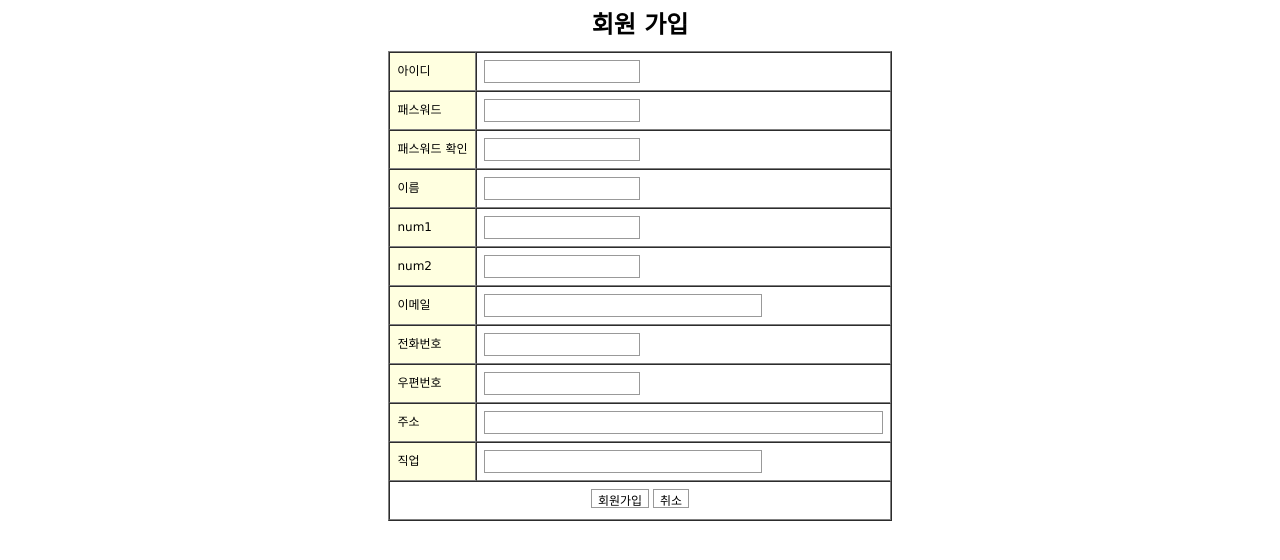
Repository: leekyengho/zodiac
Page: http://localhost/jsphomepage/homepage/member.jsp
The author's editor kept a copy of each file at every save. The page is drawn from the files as they stood at one save, then again after the next save.
The browser window is 1280 px wide. The pictures show the whole page.
The page is served by Tomcat 9. Other server files are loaded and not shown.

Above is the page before, as saved 2016-11-26 19:09:51.

### jsphomepage/WebContent/homepage/member.jsp
<%@ page language="java" contentType="text/html; charset=EUC-KR"
    pageEncoding="EUC-KR"%>
<!DOCTYPE html PUBLIC "-//W3C//DTD HTML 4.01 Transitional//EN" "http://www.w3.org/TR/html4/loose.dtd">
<html>
<head>
<meta http-equiv="Content-Type" content="text/html; charset=EUC-KR">
<title>Insert title here</title>
</head>
<body>
<div align=center>
<h1>회원 가입</h1>
<link href="style.css" rel="stylesheet" type="text/css">
<script type="text/javascript" src="script.js"></script>
<script type="text/javascript">
	function idCheck(id) {
		frm = document.regFrm;
		if(id=="") {
			alert("아이디를 입력하세요.");
			frm.id.focus();
			return;
		}
		url = "idCheck.jsp?id=" + id;
		window.open(url, "IDCheck", "width=300, heigth=150");
	}

	function zipCheck() {
		url = "zipCheck.jsp?check=y";
		window.open(url, "ZipCodeSearch", "width=500, height=300, scrollbars=yes");
	}
</script>
	<form name=memberFrm  method="post" action="memberProc.jsp">
		<table border=1 cellpadding=7 cellspacing=0 >
			<tr>
				<td bgcolor=lightyellow>아이디 </td>
    			<td align=left><input type="text" name="id"  maxlength=20></td>
    		</tr>
			<tr>
				<td bgcolor=lightyellow>패스워드 </td>
    			<td align=left><input type="password" name="passwd"  maxlength=20></td>
    		</tr>
			<tr>
				<td bgcolor=lightyellow>패스워드 확인 </td>
  			    <td align=left><input type="password" name="repasswd"  maxlength=20></td>
  			</tr>
			<tr>
				<td bgcolor=lightyellow>이름 </td>
    			<td align=left><input type="text" name="name"  maxlength=20/></td>
    		</tr>
			<tr>
				<td bgcolor=lightyellow>num1</td>
   				<td align=left><input type="text" name="num1"  maxlength=7></td>
   			</tr>
			<tr>
				<td bgcolor=lightyellow>num2 </td>
  				<td align=left><input type="text" name="num2"  maxlength=7 ></td>
  			</tr>
			<tr>
				<td bgcolor=lightyellow>이메일 </td>
  				<td align=left><input type="text" name="email" maxlength=30 size=40></td>
  			</tr>
			<tr>
				<td bgcolor=lightyellow>전화번호 </td>
  				<td align=left><input type="text" name="phone" maxlength=30></td>
  			</tr>
			<tr>
				<td bgcolor=lightyellow>우편번호</td>
   				<td align=left><input type="text" name="zipcode" maxlength=7></td>
   			</tr>
			<tr>
				<td bgcolor=lightyellow>주소 </td>
    			<td align=left><input type="text" name="address" maxlength=30 size=60></td>
    		</tr>
			<tr>
				<td bgcolor=lightyellow>직업</td>
   				<td align=left><input type="text" name="job" maxlength=30 size=40></td>
   			</tr>
			<tr>
				<td colspan=2 align=center><input type="submit" value="회원가입">
    			<input type="reset" value="취소"></td>
    		</tr>
		</table>
	</form>
</div>
</body>
</html>

### jsphomepage/WebContent/homepage/style.css
BODY {
	FONT-SIZE: 9pt; COLOR: black; LINE-HEIGHT: 160%; FONT-FAMILY: 굴림,verdana,tahoma
}
TD {
	FONT-SIZE: 9pt; COLOR: black; LINE-HEIGHT: 160%; FONT-FAMILY: 굴림,verdana,tahoma
}
SELECT {
	FONT-SIZE: 9pt; COLOR: black; LINE-HEIGHT: 160%; FONT-FAMILY: 굴림,verdana,tahoma
}
DIV {
	FONT-SIZE: 9pt; COLOR: black; LINE-HEIGHT: 160%; FONT-FAMILY: 굴림,verdana,tahoma
}
FORM {
	FONT-SIZE: 9pt; COLOR: black; LINE-HEIGHT: 160%; FONT-FAMILY: 굴림,verdana,tahoma
}
TEXTAREA {
	BORDER-RIGHT: 1px solid #999999; BORDER-TOP: 1px solid #999999; FONT-SIZE: 9pt; BORDER-LEFT: 1px solid #999999 ; COLOR: BLACK; BORDER-BOTTOM: 1px solid #999999; FONT-FAMILY: 굴림,verdana; BACKGROUND-COLOR: white
}
INPUT {
	BORDER-RIGHT: 1px solid #999999; BORDER-TOP: 1px solid #999999; FONT-SIZE: 9pt; BORDER-LEFT: 1px solid #999999; COLOR: BLACK; BORDER-BOTTOM: 1px solid #999999; FONT-FAMILY: 굴림,verdana; HEIGHT: 19px; BACKGROUND-COLOR: white
}

A:link {text-decoration:none;color:#696969}
A:hover{text-decoration:yes;color:#66CCFF}
A:visited {text-decoration:none;color:#330066}

### jsphomepage/WebContent/homepage/script.js
function loginCheck(){
	if(document.login.mem_id.value==""){
		alert("아이디를를 입력해 주세요.");
		document.login.mem_id.focus();
		return;
	}
	if(document.login.mem_passwd.value==""){
		alert("비밀번호를 입력해 주세요.");
		document.login.mem_passwd.focus();
		return;
	}
	document.login.submit();
}

function memberReg(){
	document.location="Register.jsp";
}

function inputCheck(){
	if(document.regForm.mem_id.value==""){
		alert("아이디를 입력해 주세요.");
		document.regForm.mem_id.focus();
		return;
	}
	if(document.regForm.mem_passwd.value==""){
		alert("비밀번호를 입력해 주세요.");
		document.regForm.mem_passwd.focus();
		return;
	}
	if(document.regForm.mem_repasswd.value==""){
		alert("비밀번호를 확인해 주세요");
		document.regForm.mem_repasswd.focus();
		return;
	}
	if(document.regForm.mem_name.value==""){
		alert("이름을 입력해 주세요.");
		document.regForm.mem_name.focus();
		return;
	}
	if(document.regForm.mem_num1.value==""){
		alert("주민번호을 입력해 주세요.");
		document.regForm.mem_num1.focus();
		return;
	}
	if(document.regForm.mem_num2.value==""){
		alert("주민번호을 입력해 주세요.");
		document.regForm.mem_num2.focus();
		return;
	}
	if(document.regForm.mem_email.value==""){
		alert("이메일을 입력해 주세요.");
		document.regForm.mem_email.focus();
		return;
	}
	if(document.regForm.mem_phone.value==""){
		alert("연락처를 입력해 주세요.");
		document.regForm.mem_phone.focus();
		return;
	}
	if(document.regForm.mem_job.value=="0"){
		alert("직업을 선택해 주세요.");
		document.regForm.mem_job.focus();
		return;
	}

	if(document.regForm.mem_passwd.value != document.regForm.mem_repasswd.value){
		alert("비밀번호가 일치하지 않습니다.");
		document.regForm.mem_repasswd.focus();
		return;
	}
	document.regForm.submit();
}

//ID중복체크시 검사
function idCheck(id){
	if(id == ""){
		alert("아이디를 입력해 주세요.");
	}else{
		url="IdCheck.jsp?mem_id=" + id;
		window.open(url,"post","width=300,height=150");
	}
}

function zipCheck(){
		url="ZipCheck.jsp?check=y";
		window.open(url,"post","toolbar=no ,width=500 ,height=300 ,directories=no,status=yes,scrollbars=yes,menubar=no");
}

function win_close(){
	self.close();
}

After the next save:
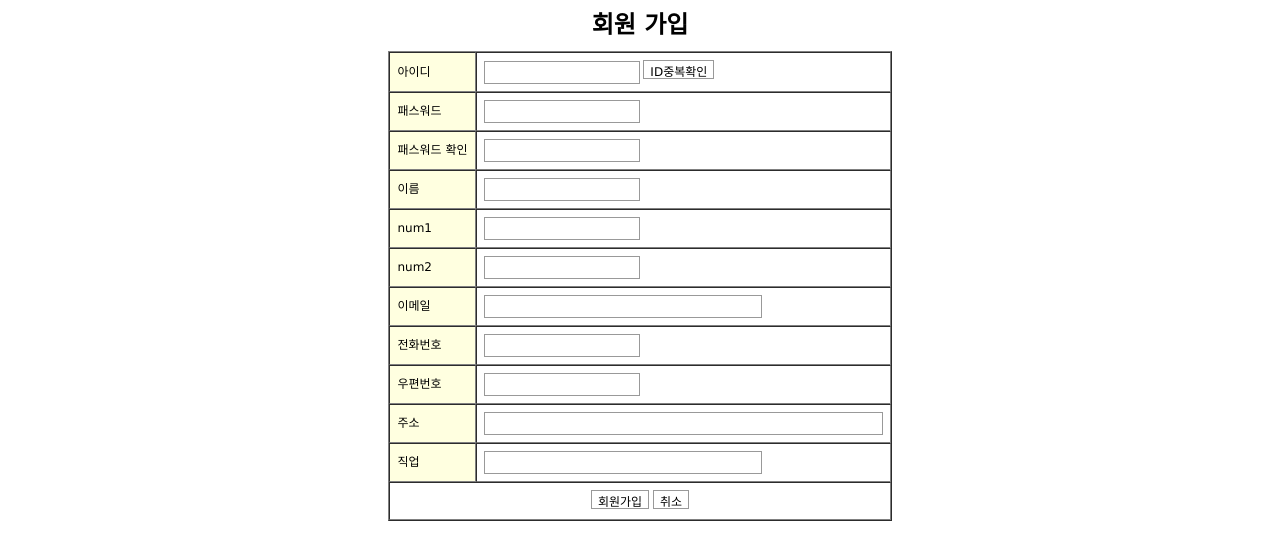
Saved 9 s later.
--- a/jsphomepage/WebContent/homepage/member.jsp
+++ b/jsphomepage/WebContent/homepage/member.jsp
@@ -32,7 +32,9 @@
 		<table border=1 cellpadding=7 cellspacing=0 >
 			<tr>
 				<td bgcolor=lightyellow>아이디 </td>
-    			<td align=left><input type="text" name="id"  maxlength=20></td>
+    			<td align=left><input type="text" name="id"  maxlength=20>
+    			<input type="button" value="ID중복확인" onClick="idCheck(this.form.id.value)">
+    			</td>
     		</tr>
 			<tr>
 				<td bgcolor=lightyellow>패스워드 </td>
